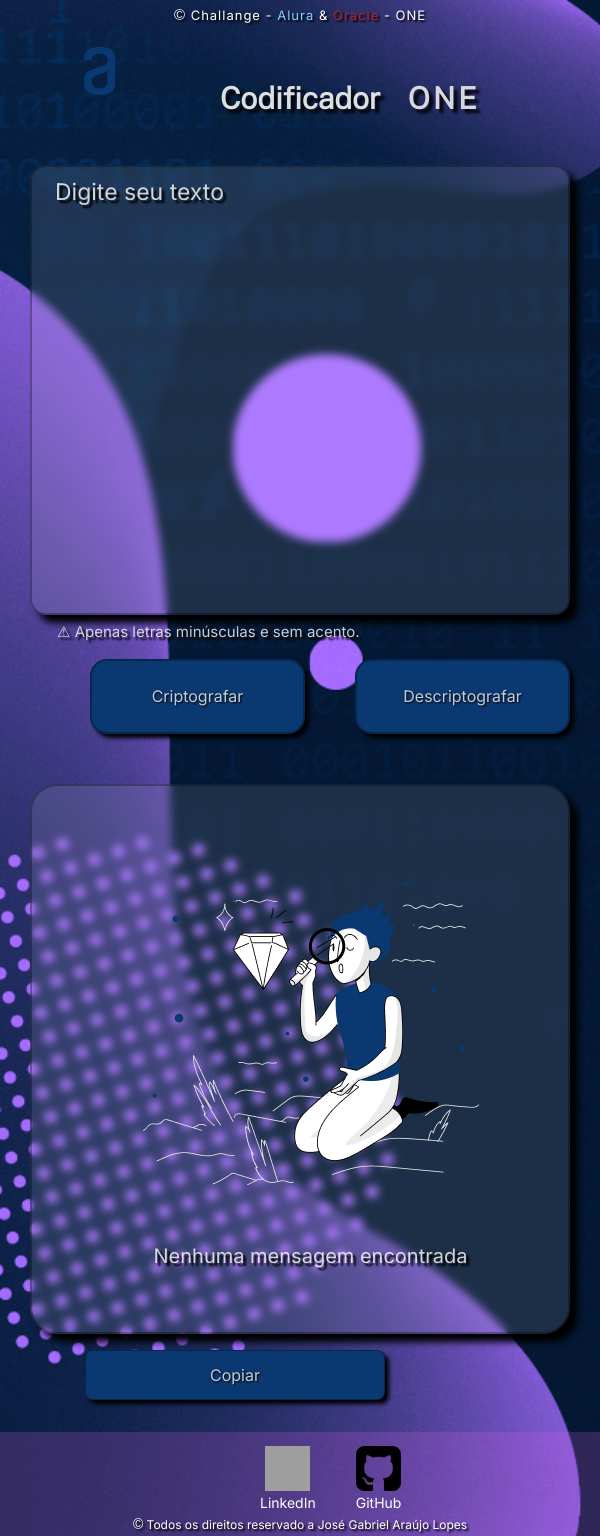
Repository: GabbrielLopes/Decodificador-ONE-Challange-Alura
Page: index.html
The author's editor kept a copy of each file at every save. The page is drawn from the files as they stood at one save, then again after the next save.
The browser window is 600 px wide. The pictures show the whole page.
Pictures or frames that could not be fetched are drawn as grey boxes.

Above is the page before, as saved 2022-05-11 23:02:38.

After the next save:
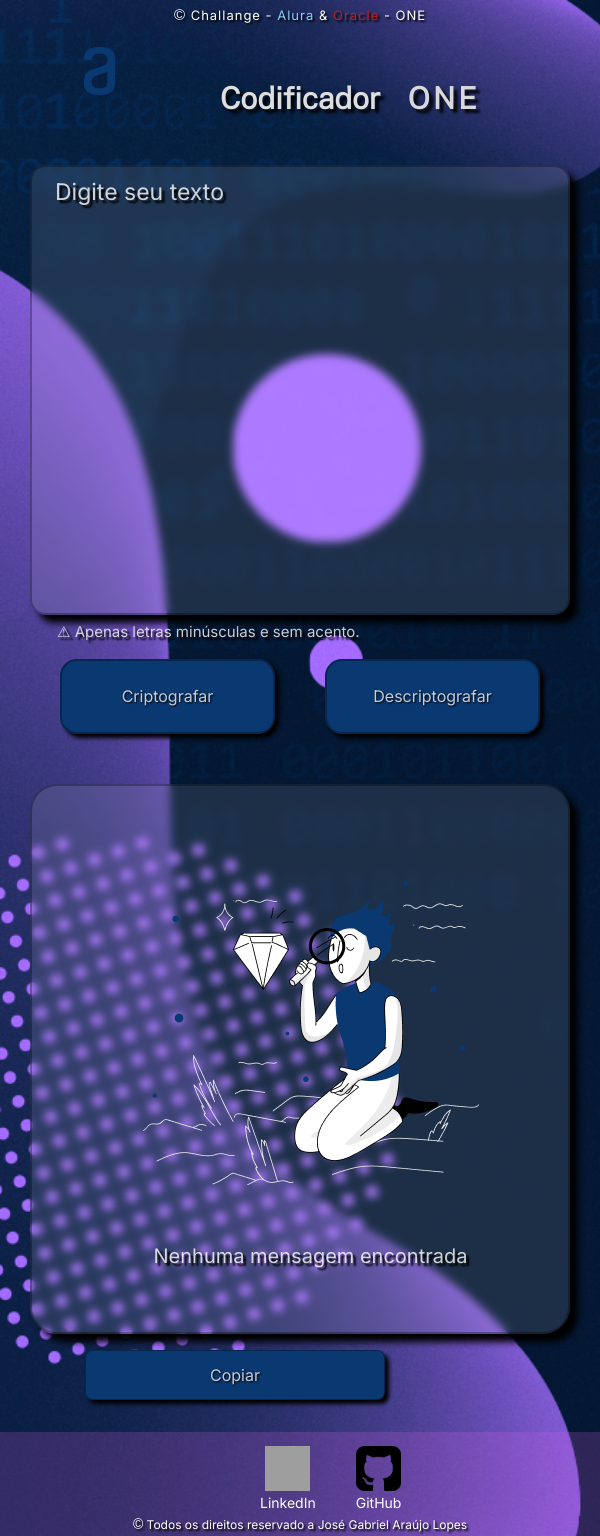
Saved 4 s later.
--- a/css/media.css
+++ b/css/media.css
@@ -28,7 +28,7 @@
 
     .botoes {
         margin: 20px 0;
-        margin-left: 15%;
+        margin-left: 10%;
         max-width: 80%;
     }
 
